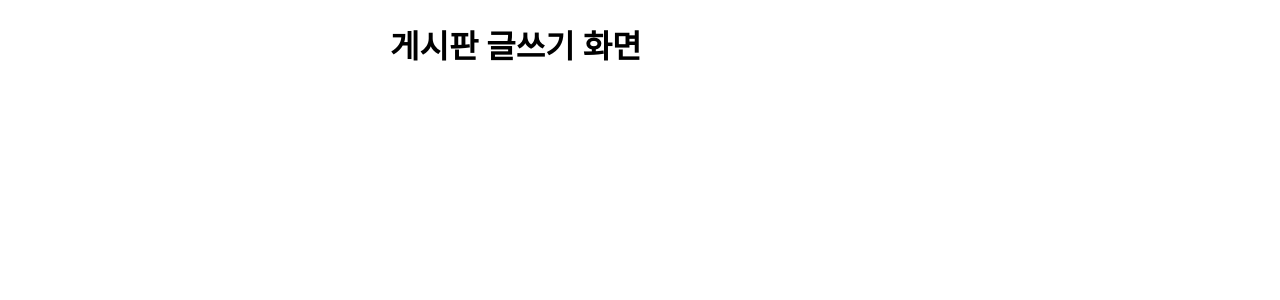
Repository: saysang22/servlet
Page: http://localhost/bbs/write.jsp
These files come from the project's save history. The page is drawn as it stood at one moment and after the next save; the edit follows.
The browser window is 1280 px wide. The pictures show the whole page.
The page is served by Tomcat 10. Other server files are loaded and not shown.

Above is the page before, as saved 2024-06-05 01:37:29.

### bbs/src/main/webapp/write.jsp
<%@ page language="java" contentType="text/html; charset=UTF-8"
    pageEncoding="UTF-8"%>
<!DOCTYPE html>
<html>
<head>
<meta charset="UTF-8">
<title>글쓰기</title>
<style>
	.wrap {
		width: 500px;
		margin: 0 auto;
	}
</style>
</head>
<body>
	<div class="wrap">
		<h1>게시판 글쓰기 화면</h1>
		<form action="write.do" method="get">

		</form>
	</div>
</body>
</html>

After the next save:
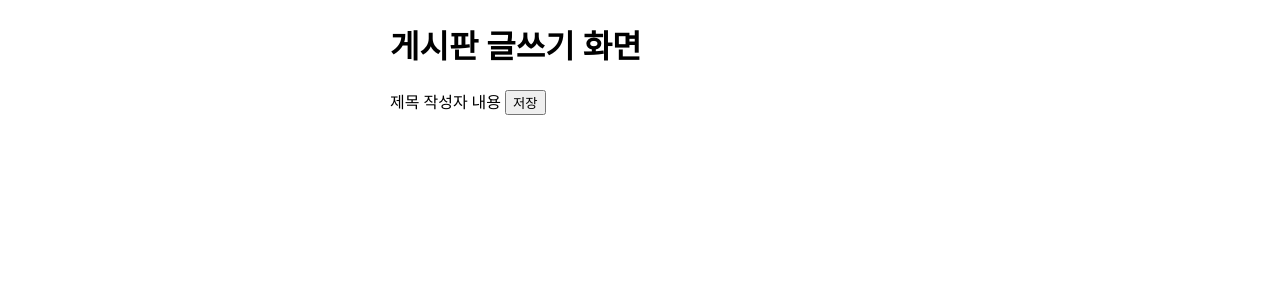
Saved 77 s later.
--- a/bbs/src/main/webapp/write.jsp
+++ b/bbs/src/main/webapp/write.jsp
@@ -16,7 +16,10 @@
 	<div class="wrap">
 		<h1>게시판 글쓰기 화면</h1>
 		<form action="write.do" method="get">
-
+			제목
+			작성자
+			내용
+			<input type="submit" value="저장">
 		</form>
 	</div>
 </body>
